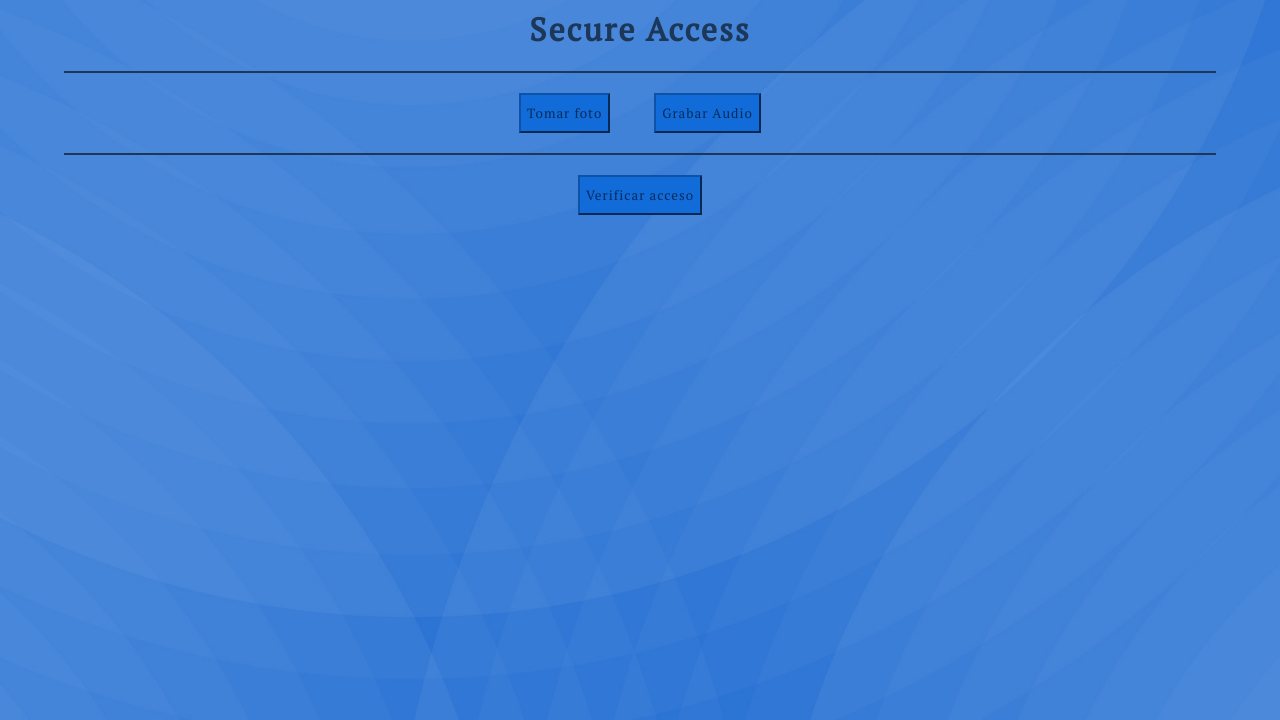
Repository: dabarreiroh/SECURE-ACCESS
Page: accessecure/templates/home/index.html
The author's editor kept a copy of each file at every save. The page is drawn from the files as they stood at one save, then again after the next save.
The browser window is 1280 px wide. The pictures show the whole page.

Above is the page before, as saved 2020-03-16 23:35:44.

### accessecure/templates/home/index.html
<html>
    <head>
        <link rel="stylesheet" href="./../../static/admin/css/index/index.css">
        <link href="https://fonts.googleapis.com/css?family=PT+Serif&display=swap" rel="stylesheet">

    </head>
<body>

<h1>Secure Access</h1>

<div class="options">
    <input type="button" value="Tomar foto" onClick="window.location.href='photo'">
    <input type="button" value="Grabar Audio" onClick="window.location.href='audio'">
</div>


<div>
    <input type="button" value="Verificar acceso" onClick="window.location.href='verified'">
</div>

</body>
</html>

### accessecure/static/admin/css/index/index.css
*{
    text-align: center;
    font-family: 'PT Serif', serif;
}

body{
    background-image: url(../../img/background.jpg);
    background-size: cover;
}

h1{
    color: #1D3759;
    /* color: #072D5C; */
    letter-spacing: 2px;
}

.options{
    border: solid #1D3759;
    border-width: 2px 0px;
    width: 90vw;
    margin: 0 auto;
}

input{
    margin: 20px;
    height: 40px;
    letter-spacing: 1px;
    background-color: #116BD9;
    border: 2px solid #0D52A6;
    border-style: outset;
    color: #072D5C;
}

After the next save:
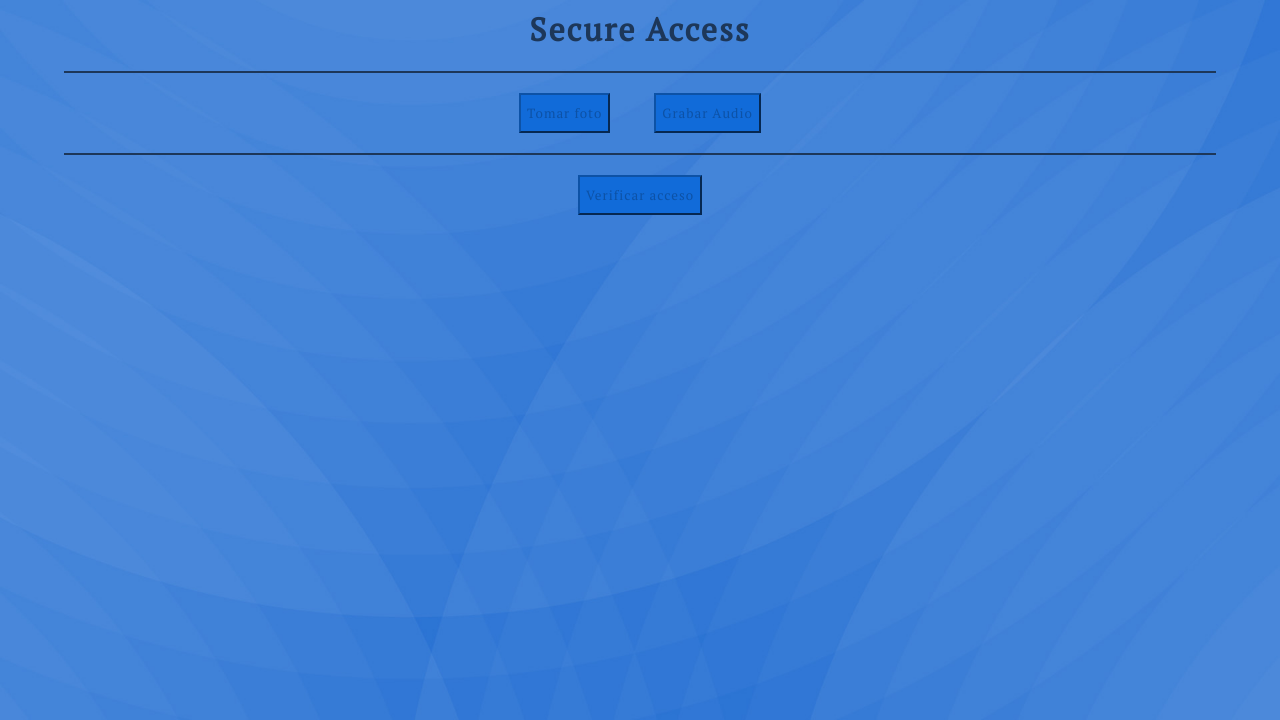
Saved 13 s later.
--- a/accessecure/static/admin/css/index/index.css
+++ b/accessecure/static/admin/css/index/index.css
@@ -28,5 +28,5 @@ input{
     background-color: #116BD9;
     border: 2px solid #0D52A6;
     border-style: outset;
-    color: #072D5C;
+    color: #0D52A6;
 }
